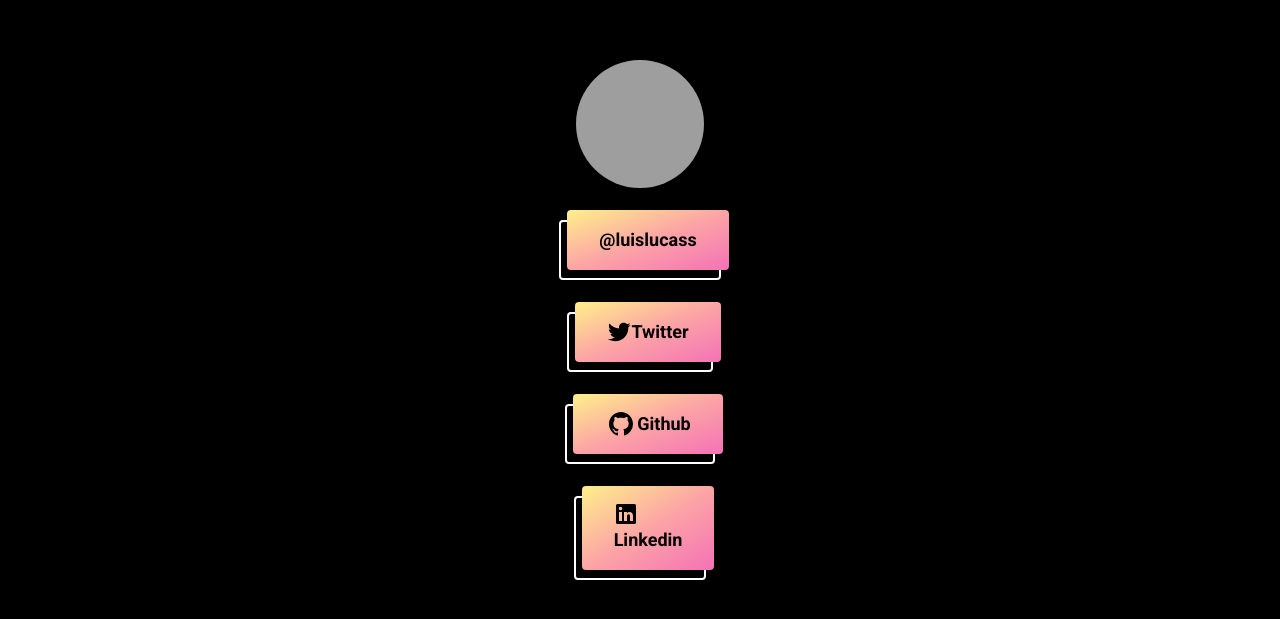
Repository: LuisSempre/link-to
Page: index.html
The author's editor kept a copy of each file at every save. The page is drawn from the files as they stood at one save, then again after the next save.
The browser window is 1280 px wide. The pictures show the whole page.
Pictures or frames that could not be fetched are drawn as grey boxes. Some web libraries are served in a nearby version.

Above is the page before, as saved 2022-07-05 22:33:01.

### index.html
<!DOCTYPE html>
<html lang="en">
    <head>
        <meta charset="UTF-8">
        <meta http-equiv="X-UA-Compatible" content="IE=edge">
        <meta name="viewport" content="width=device-width, initial-scale=1.0">
        <link rel="preconnect" href="https://fonts.googleapis.com">
        <link rel="preconnect" href="https://fonts.gstatic.com" crossorigin>
        <link
            href="https://fonts.googleapis.com/css2?family=Roboto:ital,wght@0,100;0,300;0,400;0,500;0,700;0,900;1,100;1,300;1,400;1,500;1,700;1,900&display=swap"
            rel="stylesheet">
        <script src="https://cdn.tailwindcss.com"></script>
        <title>Document</title>
    </head>
    <body style="font-family:Roboto">
        <div class="h-screen w-full bg-black flex items-center justify-center">
            <section class="relative">
                <div class="relative z-40 mx-auto h-full max-w-7xl px-10">
                    <div class="-mt-20 flex h-full w-full flex-col items-center
                        justify-center space-y-8">
                        <img
                            class="w-32 h-32 rounded-full"
                            src="https://media-exp1.licdn.com/dms/image/C4E03AQFxPhk96MlXfQ/profile-displayphoto-shrink_800_800/0/1657066015387?e=1662595200&v=beta&t=8l3NPv3_wh4v4q8p_mHKIiNLJlaeUFYIeHHBMLw4AEI"
                            alt="">
                        <a href="https://www.instagram.com/luislucass/"
                            class="group relative w-full sm:w-auto
                            hover:fill-white">
                            <span class="absolute top-0 left-0 h-full w-full
                                rounded
                                border-2 border-white text-transparent">
                                Twitter</span>
                            <span class="relative inline-block w-full
                                -translate-y-2.5 translate-x-2 transform rounded
                                bg-gradient-to-br from-yellow-200 via-red-300
                                to-pink-400 px-8 py-4 text-center text-lg
                                font-semibold transition-all duration-150
                                ease-linear group-hover:-translate-y-1.5
                                group-hover:translate-x-1.5 sm:w-auto
                                hover:fill-white
                                hover:text-white px-16">@luislucass</span>
                        </a>
                        <a href="https://twitter.com/LuisLucass" class="group
                            relative w-full sm:w-auto hover:fill-white">
                            <span class="absolute top-0 left-0 h-full w-full
                                rounded
                                border-2 border-white text-transparent">Twitter</span>
                            <span class="relative inline-block w-full
                                -translate-y-2.5 translate-x-2 transform rounded
                                bg-gradient-to-br from-yellow-200 via-red-300
                                to-pink-400 px-8 py-4 text-center text-lg
                                font-semibold transition-all duration-150
                                ease-linear group-hover:-translate-y-1.5
                                group-hover:translate-x-1.5 sm:w-auto
                                hover:fill-white
                                hover:text-white px-16 flex items-center
                                justify-center"><svg viewBox="0 0 24 24"
                                    aria-hidden="true" class="w-6 h-6"><g><path
                                            d="M23.643
                                            4.937c-.835.37-1.732.62-2.675.733.962-.576
                                            1.7-1.49
                                            2.048-2.578-.9.534-1.897.922-2.958
                                            1.13-.85-.904-2.06-1.47-3.4-1.47-2.572
                                            0-4.658 2.086-4.658 4.66 0
                                            .364.042.718.12
                                            1.06-3.873-.195-7.304-2.05-9.602-4.868-.4.69-.63
                                            1.49-.63 2.342 0 1.616.823 3.043
                                            2.072
                                            3.878-.764-.025-1.482-.234-2.11-.583v.06c0
                                            2.257 1.605 4.14 3.737
                                            4.568-.392.106-.803.162-1.227.162-.3
                                            0-.593-.028-.877-.082.593 1.85 2.313
                                            3.198 4.352 3.234-1.595 1.25-3.604
                                            1.995-5.786 1.995-.376
                                            0-.747-.022-1.112-.065 2.062 1.323
                                            4.51 2.093 7.14 2.093 8.57 0
                                            13.255-7.098 13.255-13.254
                                            0-.2-.005-.402-.014-.602.91-.658
                                            1.7-1.477 2.323-2.41z"></path></g></svg>Twitter</span>
                        </a>
                        <a href="https://github.com/LuisSempre" class="group
                            relative w-full sm:w-auto hover:fill-white">
                            <span class="absolute top-0 left-0 h-full w-full
                                rounded
                                border-2 border-white text-transparent">Github</span>
                            <span class="relative inline-block w-full
                                -translate-y-2.5 translate-x-2 transform rounded
                                bg-gradient-to-br from-yellow-200 via-red-300
                                to-pink-400 px-8 py-4 text-center text-lg
                                font-semibold transition-all duration-150
                                ease-linear group-hover:-translate-y-1.5
                                group-hover:translate-x-1.5 sm:w-auto
                                hover:fill-white
                                hover:text-white px-16 flex items-center
                                justify-center"><svg height="24"
                                    aria-hidden="true" viewBox="0 0 16
                                    16" version="1.1" width="32"
                                    data-view-component="true" class="octicon
                                    octicon-mark-github v-align-middle">
                                    <path fill-rule="evenodd" d="M8 0C3.58 0 0
                                        3.58
                                        0 8c0 3.54 2.29 6.53 5.47
                                        7.59.4.07.55-.17.55-.38
                                        0-.19-.01-.82-.01-1.49-2.01.37-2.53-.49-2.69-.94-.09-.23-.48-.94-.82-1.13-.28-.15-.68-.52-.01-.53.63-.01
                                        1.08.58 1.23.82.72 1.21 1.87.87
                                        2.33.66.07-.52.28-.87.51-1.07-1.78-.2-3.64-.89-3.64-3.95
                                        0-.87.31-1.59.82-2.15-.08-.2-.36-1.02.08-2.12
                                        0 0 .67-.21 2.2.82.64-.18 1.32-.27
                                        2-.27.68
                                        0 1.36.09 2 .27 1.53-1.04 2.2-.82
                                        2.2-.82.44
                                        1.1.16 1.92.08 2.12.51.56.82 1.27.82
                                        2.15 0
                                        3.07-1.87 3.75-3.65 3.95.29.25.54.73.54
                                        1.48
                                        0 1.07-.01 1.93-.01 2.2 0
                                        .21.15.46.55.38A8.013 8.013 0 0016
                                        8c0-4.42-3.58-8-8-8z"></path>
                                </svg>Github</span>
                        </a>
                        <a
                            href="https://www.linkedin.com/in/luis-lucas-a5b30737/"
                            class="group relative w-full sm:w-auto
                            hover:fill-white">
                            <span class="absolute top-0 left-0 h-full w-full
                                rounded
                                border-2 border-white text-transparent">Linkedin</span>
                            <span class="relative inline-block w-full
                                -translate-y-2.5 translate-x-2 transform rounded
                                bg-gradient-to-br from-yellow-200 via-red-300
                                to-pink-400 px-8 py-4 text-center text-lg
                                font-semibold transition-all duration-150
                                ease-linear group-hover:-translate-y-1.5
                                group-hover:translate-x-1.5 sm:w-auto
                                hover:fill-white
                                hover:text-white px-16"><svg
                                    xmlns="http://www.w3.org/2000/svg"
                                    viewBox="0 0 24 24"
                                    data-supported-dps="24x24"
                                    fill="currentColor" class="mercado-match"
                                    width="24" height="24" focusable="false">
                                    <path d="M20.5 2h-17A1.5 1.5 0 002
                                        3.5v17A1.5 1.5 0 003.5 22h17a1.5 1.5 0
                                        001.5-1.5v-17A1.5 1.5 0 0020.5 2zM8
                                        19H5v-9h3zM6.5 8.25A1.75 1.75 0 118.3
                                        6.5a1.78 1.78 0 01-1.8 1.75zM19
                                        19h-3v-4.74c0-1.42-.6-1.93-1.38-1.93A1.74
                                        1.74 0 0013 14.19a.66.66 0 000
                                        .14V19h-3v-9h2.9v1.3a3.11 3.11 0
                                        012.7-1.4c1.55 0 3.36.86 3.36 3.66z"></path>
                                </svg>Linkedin</span>
                        </a>
                    </div>
                </div>
            </section>
        </div>
    </body>
</html>

After the next save:
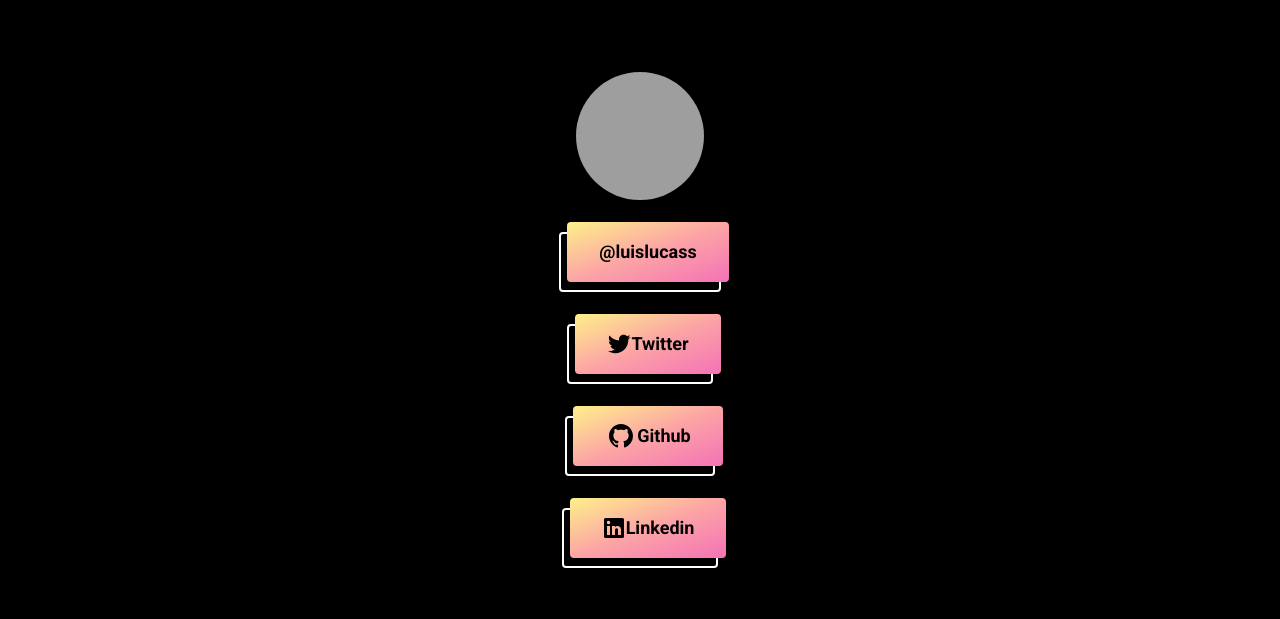
Saved 17 s later.
--- a/index.html
+++ b/index.html
@@ -124,7 +124,7 @@
                             <span class="absolute top-0 left-0 h-full w-full
                                 rounded
                                 border-2 border-white text-transparent">Linkedin</span>
-                            <span class="relative inline-block w-full
+                            <span class="flex items-center justify-center relative inline-block w-full
                                 -translate-y-2.5 translate-x-2 transform rounded
                                 bg-gradient-to-br from-yellow-200 via-red-300
                                 to-pink-400 px-8 py-4 text-center text-lg
